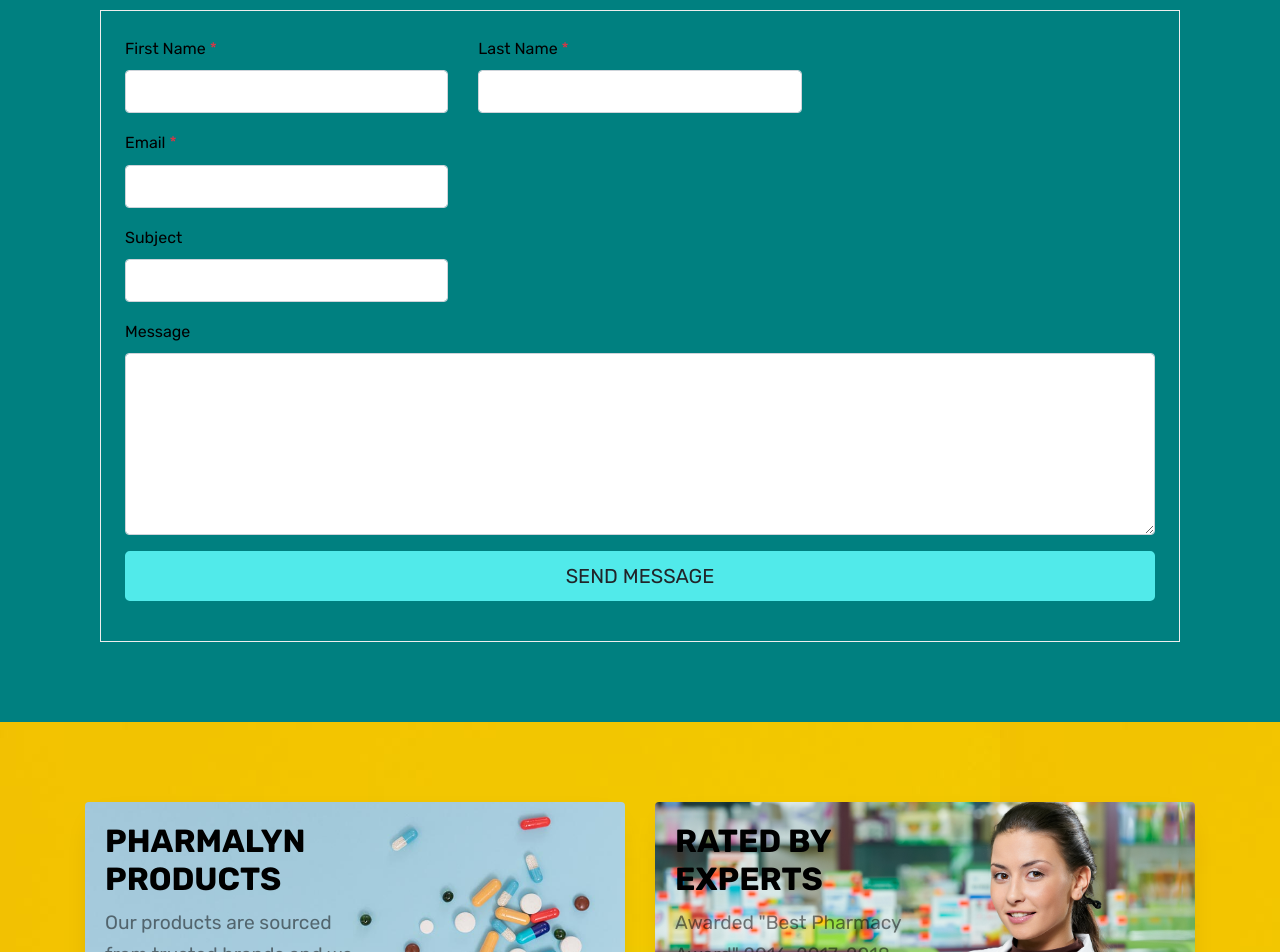
Repository: Nat-A/finalyearproject
Page: pharma/index - Copy.html
These files come from the project's save history. The page is drawn as it stood at one moment and after a run of saves; the edit follows.
The browser window is 1280 px wide. The pictures show the part of the page from y = 1078 to 2030 px (the page is 3232 px tall).

Above is the page before, as saved 2020-06-03 13:38:10.

After the next 2 saves:
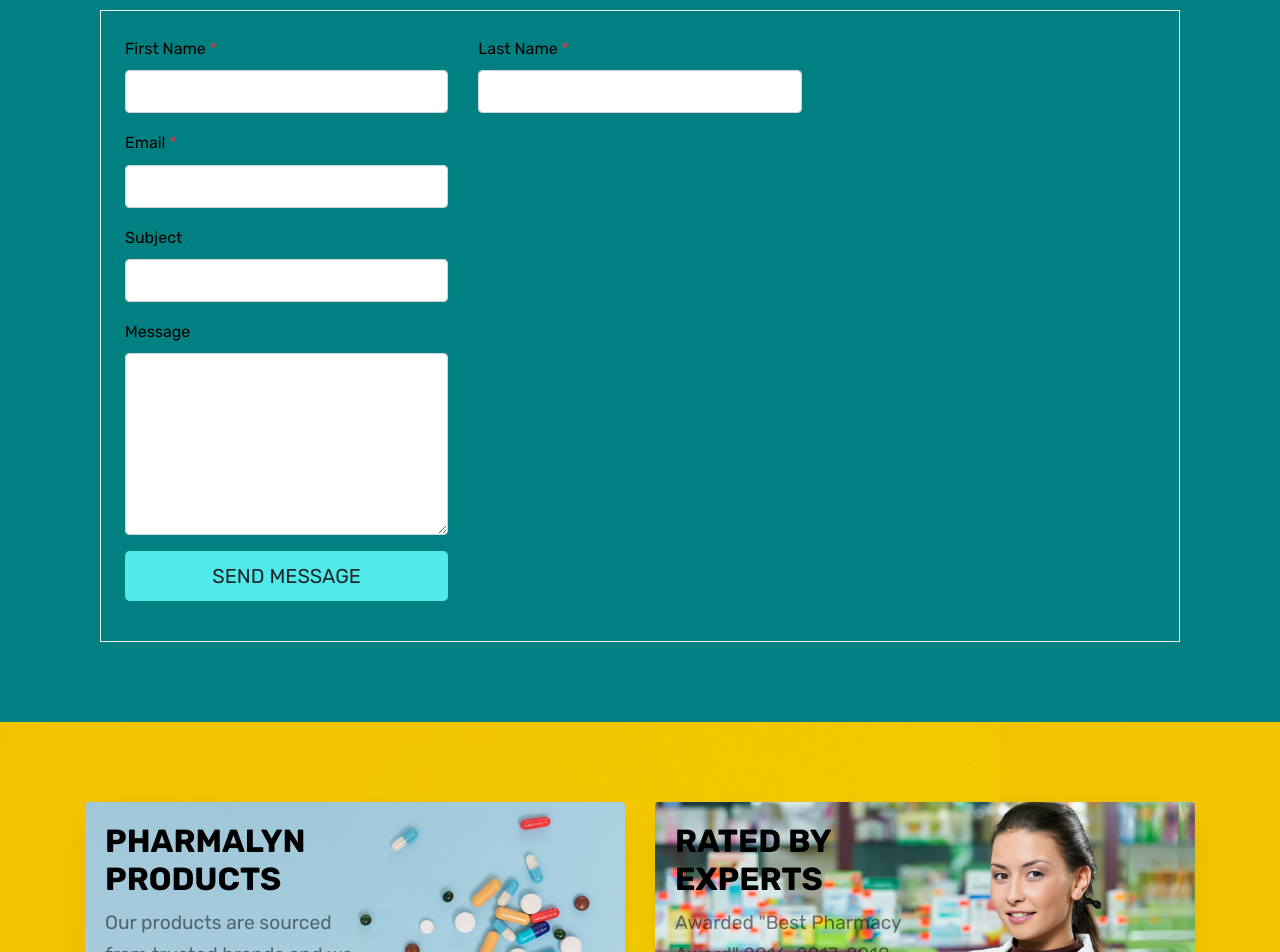
The 2 saves are shown as one change because they came seconds apart.
The last was saved 8 s later.
--- a/pharma/index - Copy.html
+++ b/pharma/index - Copy.html
@@ -164,13 +164,13 @@
                             </div>
 
                             <div class="form-group row">
-                                <div class="col-md-12">
+                                <div class="col-md-4">
                                     <label for="c_message" class="text-black">Message </label>
                                     <textarea name="c_message" id="c_message" cols="30" rows="7" class="form-control"></textarea>
                                 </div>
                             </div>
                             <div class="form-group row">
-                                <div class="col-lg-12">
+                                <div class="col-lg-4">
                                     <input type="submit" class="btn btn-primary btn-lg btn-block" value="Send Message">
                                 </div>
                             </div>
